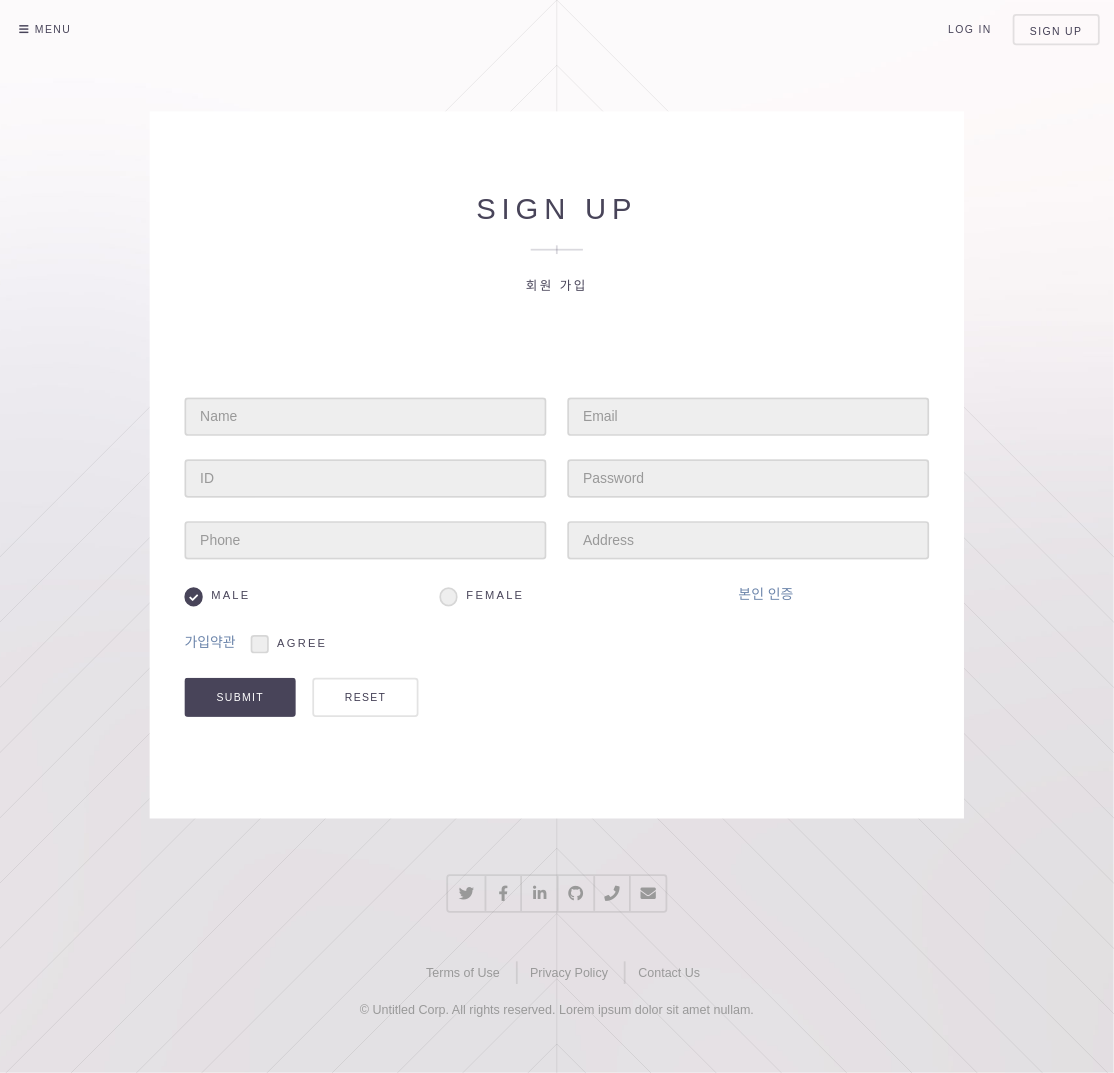
Repository: WKMoon/JavaScript-Project
Page: myFront/WebContent/signup.html
These files come from the project's save history. The page is drawn as it stood at one moment and after the next save; the edit follows.
The browser window is 1280 px wide. The pictures show the whole page, at 87% of full size.
Some web fonts or font styles are not loaded; a fallback is used.

Above is the page before, as saved 2021-03-01 22:41:55.

After the next save:
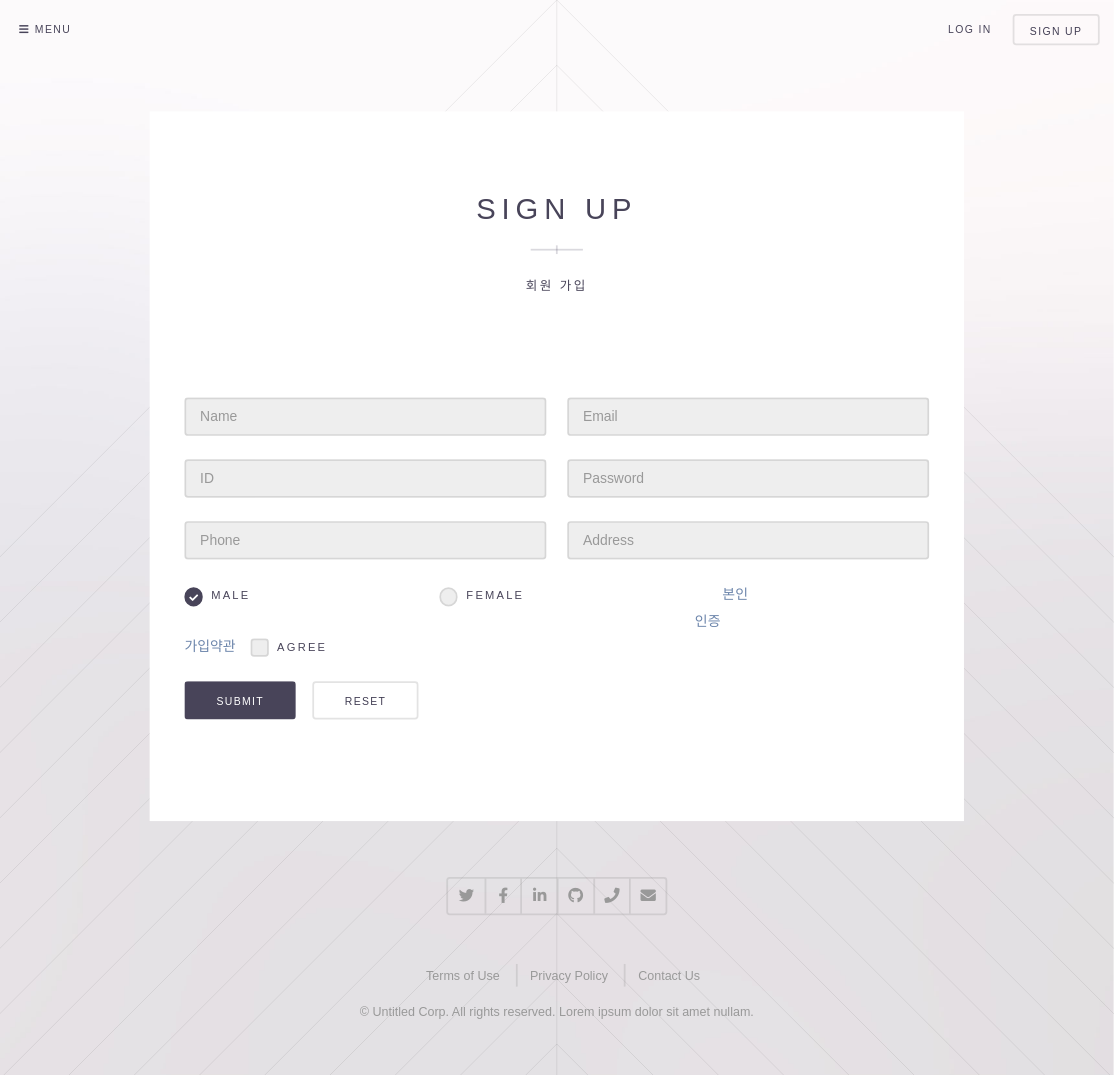
Saved 8 s later.
--- a/myFront/WebContent/signup.html
+++ b/myFront/WebContent/signup.html
@@ -78,7 +78,7 @@
 												<!-- Break -->
 
 												<div>
-													<a href="identification.html"style="text-decoration: none; margin-left:50px;">본인 인증</a>
+													<a href="identification.html"style="text-decoration: none; margin-left:50%;">본인 인증</a>
 												</div>
 
 												<div class="col-6 col-12-small">
